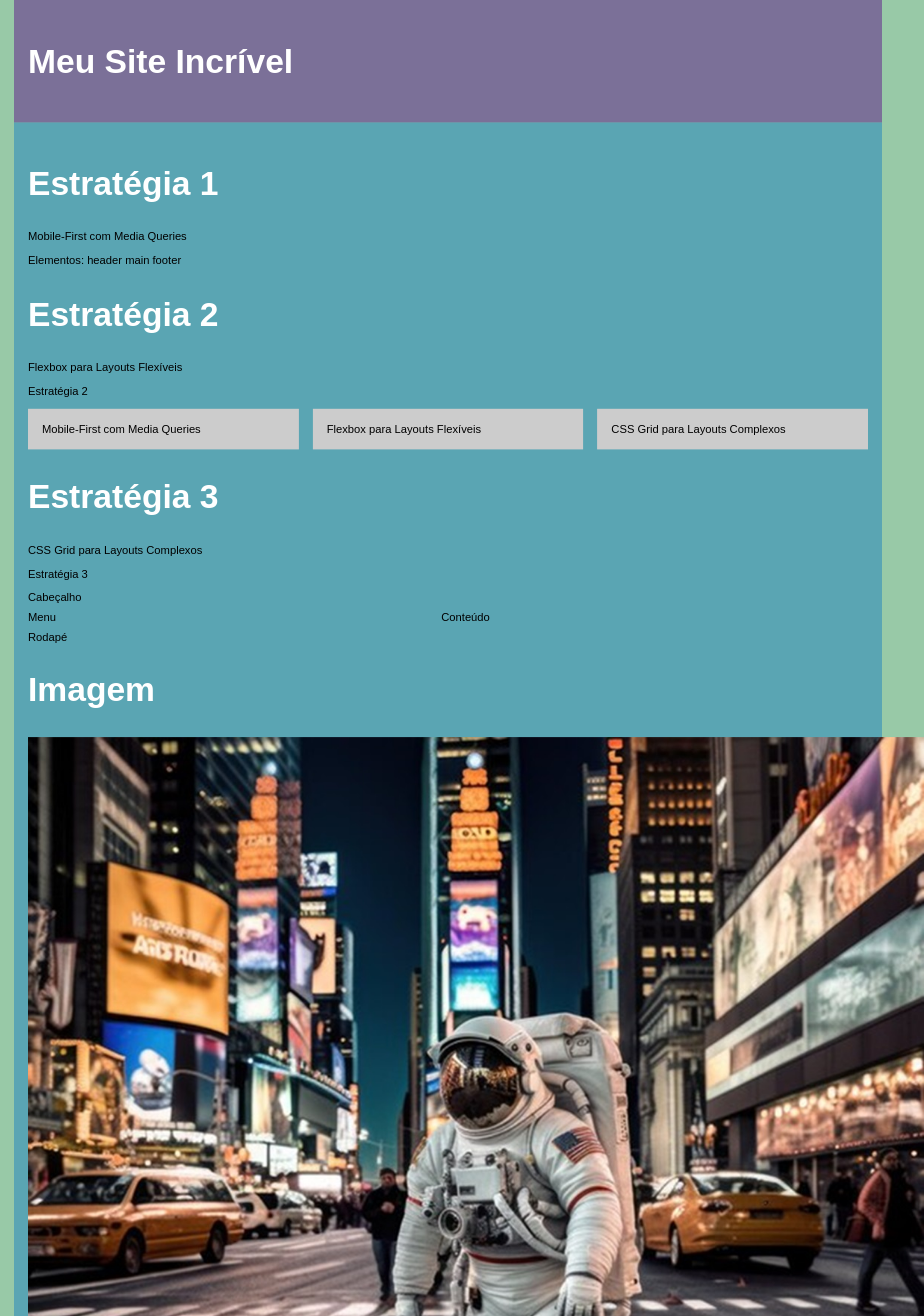
Repository: douglasabnovato/model-lp
Page: index.html
These files come from the project's save history. The page is drawn as it stood at one moment and after the next save; the edit follows.
The browser window is 1280 px wide. The page is 1320 px wide, so the pictures cover 1320 px, including what lies to the right of the window. The pictures show the part of the page from y = 0 to 1880 px (the page is 2532 px tall), at 70% of full size.

Above is the page before, as saved 2025-02-25 11:38:20.

After the next save:
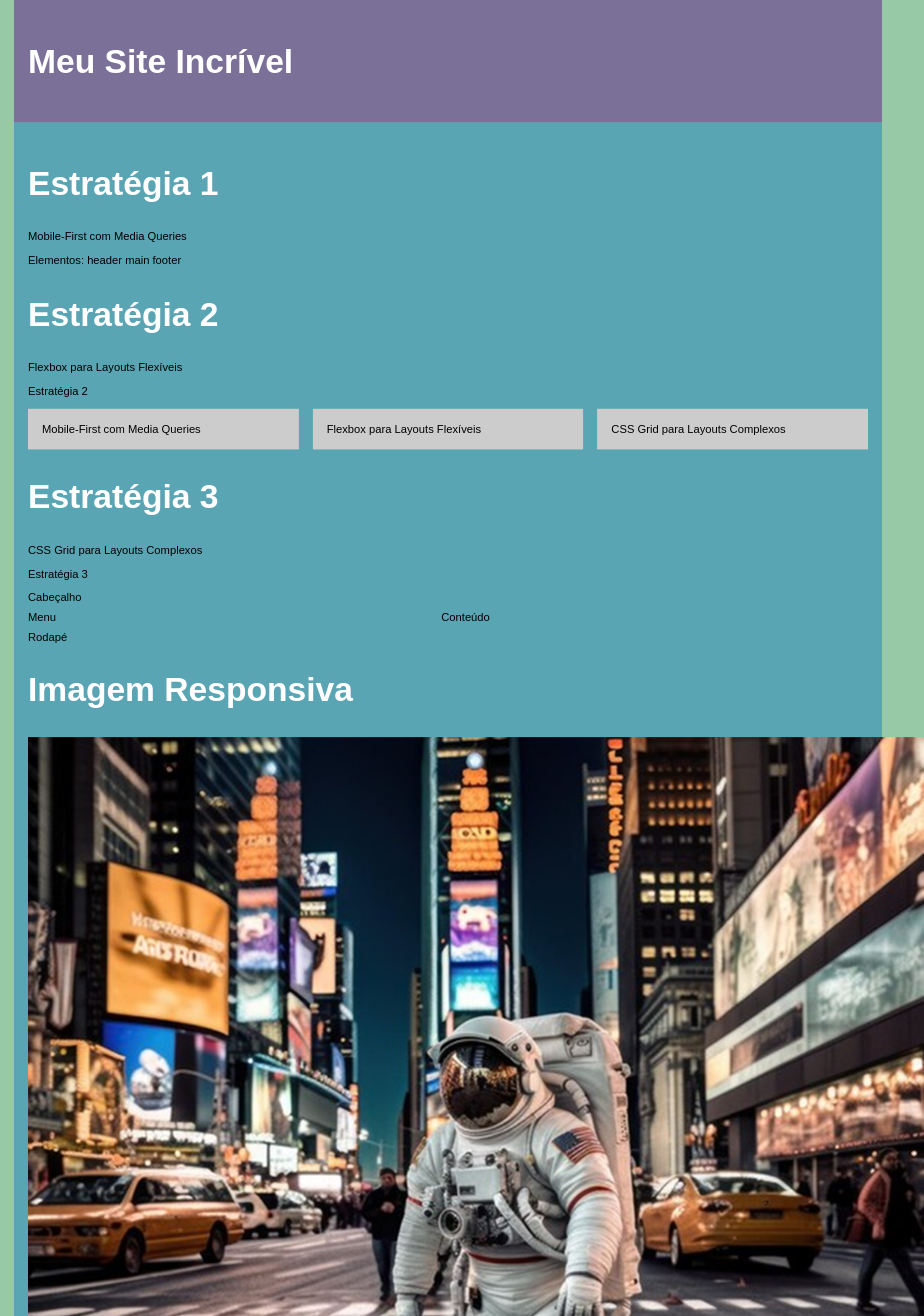
Saved 17 s later.
--- a/index.html
+++ b/index.html
@@ -34,7 +34,7 @@
         <div class="grid-item">Rodapé</div>
       </div>
 
-      <h2>Imagem</h2>
+      <h2>Imagem Responsiva</h2>
       <div>
         <img
           src="./assets/astronauta-418.jpg"
